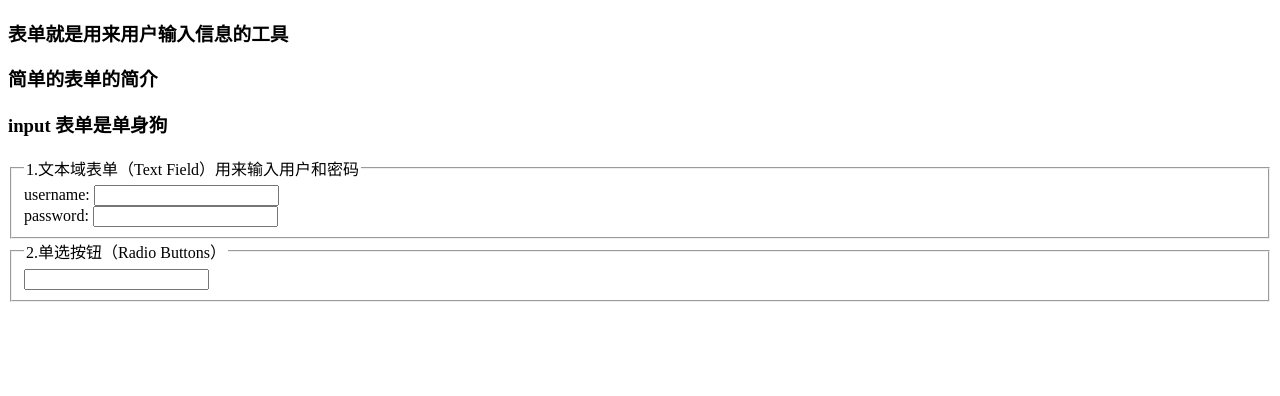
Repository: jarvanstack/vscode
Page: HTML/HTML中From表单.html
These files come from the project's save history. The page is drawn as it stood at one moment and after the next save; the edit follows.
The browser window is 1280 px wide. The pictures show the whole page.

Above is the page before, as saved 2020-06-11 09:47:27.

### HTML/HTML中From表单.html
<!DOCTYPE html>
<html lang="en">

<head>
    <meta charset="UTF-8">
    <meta name="viewport" content="width=device-width, initial-scale=1.0">
    <title>HTML中From表单</title>
</head>

<body>
    <h3>表单就是用来用户输入信息的工具</h3>
    <h3>简单的表单的简介</h3>
    <h3>input 表单是单身狗</h3>
    <form action="post">
        <fieldset>
            <legend>1.文本域表单（Text Field）用来输入用户和密码</legend>
            <span>
                username: <input type="text" name="username">
            </span>
            <br>
            <span>
                password: <input type="password" name="password">
            </span>
        </fieldset>
    </form>
    <form action="post">
        <fieldset>
            <legend>2.单选按钮（Radio Buttons）</legend>
            <span>
                <input type="text">
            </span>
        </fieldset>
    </form>
</body>

</html>

After the next save:
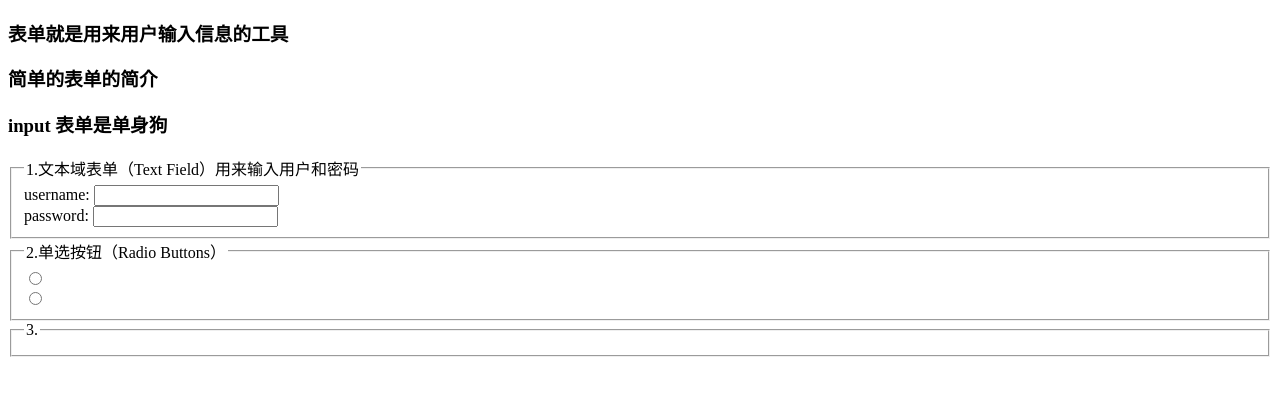
Saved 64 s later.
--- a/HTML/HTML中From表单.html
+++ b/HTML/HTML中From表单.html
@@ -27,8 +27,17 @@
         <fieldset>
             <legend>2.单选按钮（Radio Buttons）</legend>
             <span>
-                <input type="text">
+                <input type="radio" value="男">
             </span>
+            <br>
+            <span>
+                <input type="radio" value="女">
+            </span>
+        </fieldset>
+    </form>
+    <form action="post">
+        <fieldset>
+            <legend>3.</legend>
         </fieldset>
     </form>
 </body>
